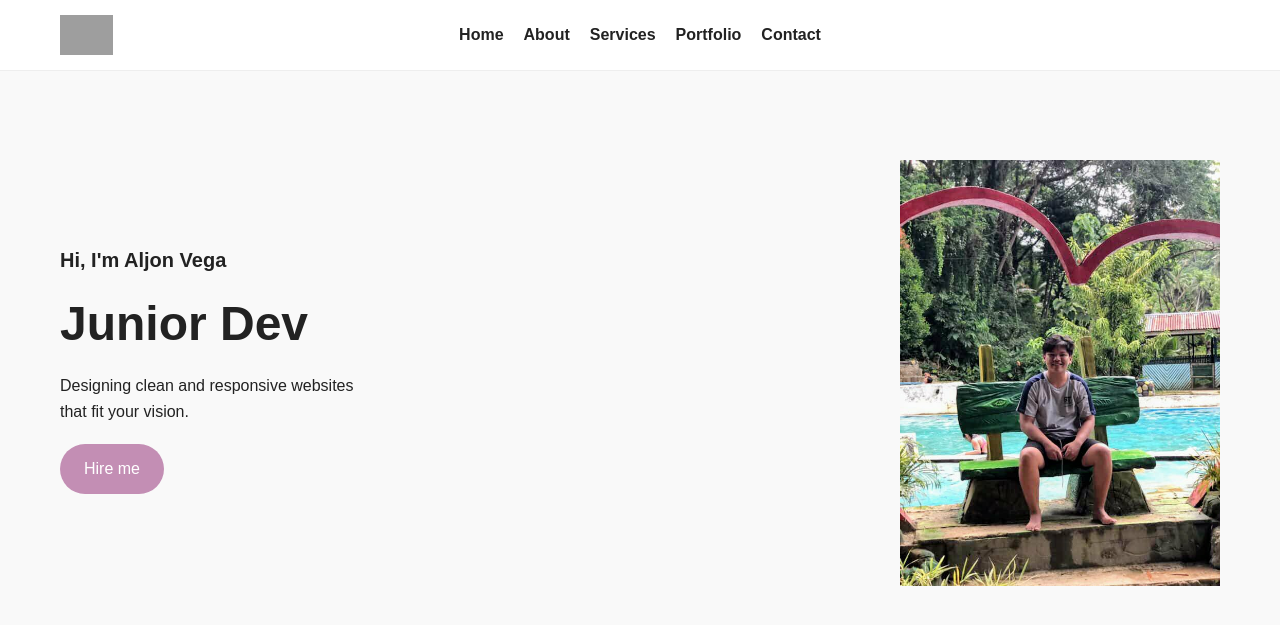
Repository: aljonvega18/Portfolio
Page: index.html
These files come from the project's save history. The page is drawn as it stood at one moment and after the next save; the edit follows.
The browser window is 1280 px wide. The pictures show the whole page.
Pictures or frames that could not be fetched are drawn as grey boxes.

Above is the page before, as saved 2026-02-02 02:13:28.

After the next save:
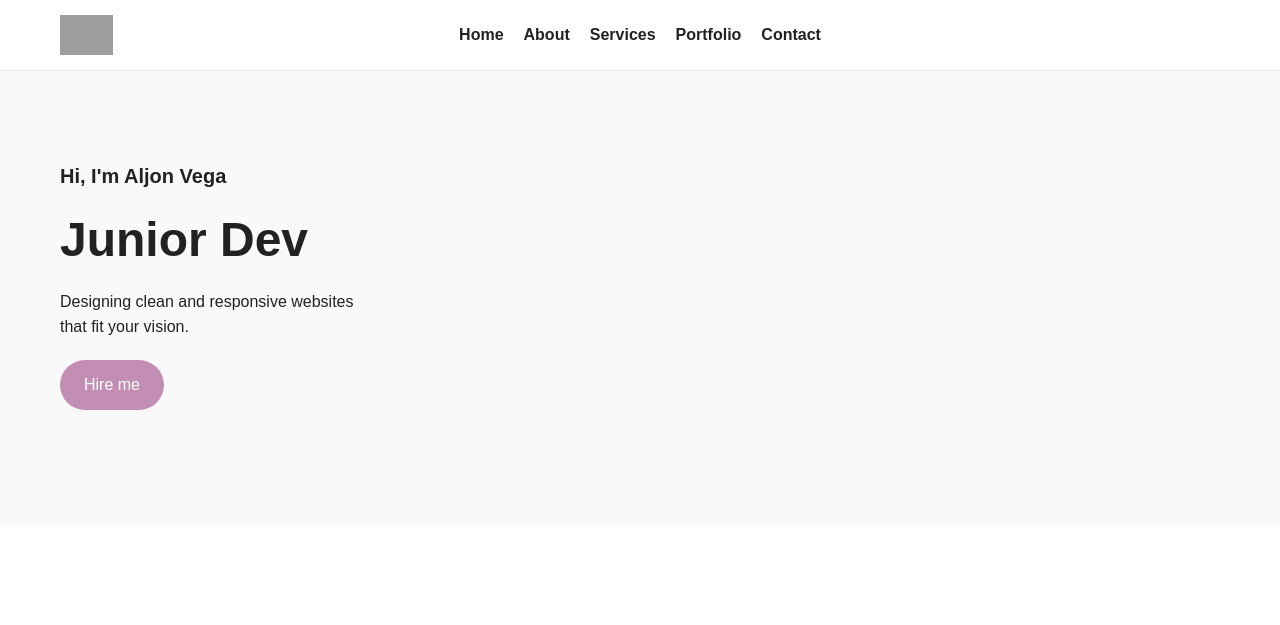
Saved 12 min 59 s later.
--- a/index.html
+++ b/index.html
@@ -38,8 +38,41 @@
             </div>
         </div>
         <div class="hero-image">
-            <img src="ME.jpg" alt="Aljon Vega">
-        </div>
+    <svg viewBox="0 0 200 200" xmlns="http://www.w3.org/2000/svg" aria-labelledby="t" class="blob-svg">
+
+        <defs>
+            <clipPath id="blobClip">
+                <path d="M43.1,-68.5C56.2,-58.6,67.5,-47.3,72.3,-33.9C77.2,-20.5,75.5,-4.9,74.2,11.3C72.9,27.6,71.9,44.5,63.8,57.2C55.7,69.8,40.6,78.2,25.5,79.2C10.4,80.1,-4.7,73.6,-20.9,69.6C-37.1,65.5,-54.5,63.9,-66,54.8C-77.5,45.8,-83.2,29.3,-85.7,12.3C-88.3,-4.8,-87.7,-22.3,-79.6,-34.8C-71.5,-47.3,-55.8,-54.9,-41.3,-64.2C-26.7,-73.6,-13.4,-84.7,0.8,-86C15,-87.2,29.9,-78.5,43.1,-68.5Z"
+                        transform="translate(100 100)"/>
+            </clipPath>
+        </defs>
+
+        <image
+            href="ME.jpg"
+            width="200"
+            height="200"
+            preserveAspectRatio="xMidYMid slice"
+            clip-path="url(#blobClip)"
+        />
+
+        <path
+            id="textPath"
+            d="M43.1,-68.5C56.2,-58.6,67.5,-47.3,72.3,-33.9C77.2,-20.5,75.5,-4.9,74.2,11.3C72.9,27.6,71.9,44.5,63.8,57.2C55.7,69.8,40.6,78.2,25.5,79.2C10.4,80.1,-4.7,73.6,-20.9,69.6C-37.1,65.5,-54.5,63.9,-66,54.8C-77.5,45.8,-83.2,29.3,-85.7,12.3C-88.3,-4.8,-87.7,-22.3,-79.6,-34.8C-71.5,-47.3,-55.8,-54.9,-41.3,-64.2C-26.7,-73.6,-13.4,-84.7,0.8,-86C15,-87.2,29.9,-78.5,43.1,-68.5Z"
+            transform="translate(100 100)"
+            fill="none"
+            pathLength="100"
+        />
+
+        <text class="text-content">
+            <textPath href="#textPath">
+                ❤ MADE WITH LOVE ❤ MADE WITH LOVE ❤
+                <animate attributeName="startOffset" from="0%" to="100%" dur="15s" repeatCount="indefinite"/>
+            </textPath>
+        </text>
+
+    </svg>
+</div>
+
     </div>
 </section>
 
